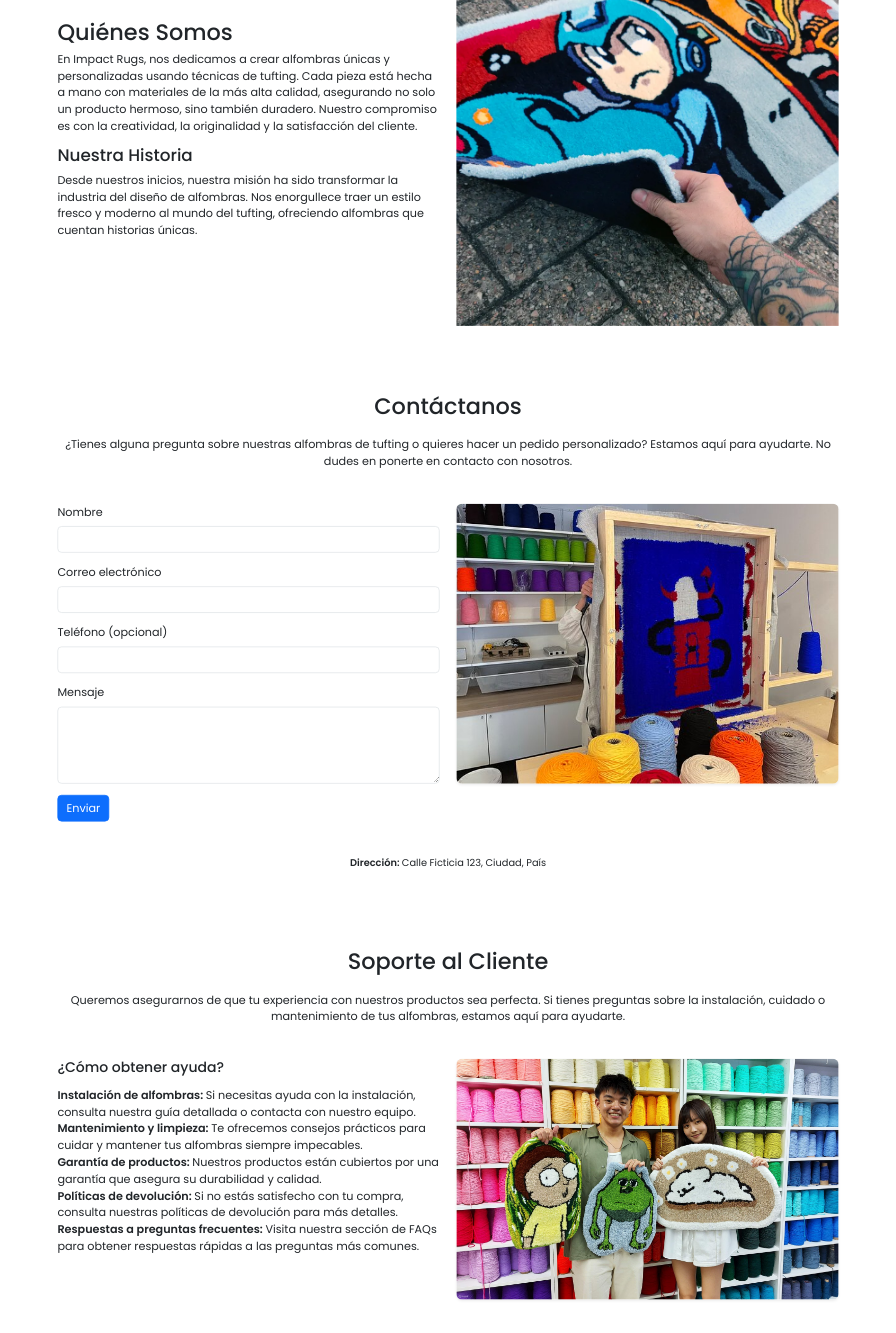
Repository: PituMia/Tufting-landing-page
Page: /
An editor plug-in stored every save of this project. The page is shown before and after the next save, followed by the edit.
The browser window is 1280 px wide. The pictures show the part of the page from y = 1252 to 3172 px (the page is 3156 px tall before and 3172 px after), at 70% of full size.
The project was rebuilt for these pictures with package versions that can differ from the ones it lists, and the page was loaded fresh each time. Also part of the build but not shown: vite.config.js.

Above is the page before, as saved 2025-02-12 18:45:25.

### index.html
<!doctype html>
<html lang="en">
  <head>
    <meta charset="UTF-8" />
    <link rel="icon" type="image/svg+xml" href="/vite.svg" />
    <link rel="stylesheet" href="https://cdn.jsdelivr.net/npm/bootstrap@5.3.0/dist/css/bootstrap.min.css">
    <link href="https://fonts.googleapis.com/css2?family=Poppins:wght@300;400;500;600&display=swap" rel="stylesheet">
    <meta name="viewport" content="width=device-width, initial-scale=1.0" />
    <title>Vite + React</title>
  </head>
  <body>
    <div id="root"></div>
    <script type="module" src="/src/main.jsx"></script>
  </body>
</html>

### src/main.jsx
import { StrictMode } from 'react'
import { createRoot } from 'react-dom/client'
import "bootstrap-icons/font/bootstrap-icons.css";
import './index.css'
import App from './App.jsx'


createRoot(document.getElementById('root')).render(
  <StrictMode>
    <App />
  </StrictMode>,
)

### src/index.css
body {
  font-family: 'Poppins', sans-serif;



}

### src/App.jsx
import React from "react";
import Navbar from "./components/Navbar";
import Hero from "./components/Hero";
import TuftingComponent from "./components/Nosotros";
import ContactSection from "./components/Contactanos";
import SupportSection from "./components/Support";



function App() {


  return (
        <div>
<Navbar/>
<Hero/>
<TuftingComponent/>
<ContactSection/>
<SupportSection/>
      </div>

  )
}

export default App

### src/components/Navbar.jsx
import React, { useState, useEffect } from "react";
import Logo from "../assets/logo.png";
import "../css/Navbar.css";

const NavbarLinks = [
    { id: 1, title: "Inicio", link: "/" },
    { id: 2, title: "Nosotros", link: "#" },
    { id: 3, title: "Contactos", link: "#" },
    { id: 4, title: "Soporte", link: "#" },
];

const SocialMedia = [
    { id: 1, title: "Instagram", link: "https://www.instagram.com", icon: "bi bi-instagram" },
    { id: 2, title: "Tiktok", link: "https://www.tiktok.com", icon: "bi bi-tiktok" },
    { id: 3, title: "Facebook", link: "https://www.facebook.com", icon: "bi bi-facebook" },
];

const Navbar = () => {
    const [isOpen, setIsOpen] = useState(false);

    const handleResize = () => {
        setIsOpen(false); // Cambia isOpen a false al cambiar el tamaño de la pantalla
    };

    useEffect(() => {

        window.addEventListener("resize", handleResize);


        return () => {
            window.removeEventListener("resize", handleResize);
        };
    }, []);

    const toggleMenu = () => {
        setIsOpen(!isOpen);
    };

    return (
        <nav className=" nav position-relative">
            {/* Navbar principal */}
            <div className={`d-flex justify-content-between align-items-center px-3 px-sm-4 fixed-top ${isOpen ? 'shadow-none' : 'shadow-lg'}`}
    style={{ zIndex: 1050, backgroundColor: "rgba(255, 255, 255, 0.02)", backdropFilter: "blur(10px)" }}>

                <div className="px-0 py-0" style={{ width: "100px" }}>
                    <img src={Logo} alt="Logo" style={{ width: "100px" }} className="img-fluid" />
                </div>
                <div>
                    <ul className="list-unstyled d-flex gap-2 gap-sm-4 gap-md-5 m-0 d-none d-sm-flex d-md-flex">
                        {NavbarLinks.map((link) => (
                            <li key={link.id}>
                                <a
                                    href={link.link}
                                    className="fs-6 fs-sm-5 fs-md-4 navbar-link"
                                    style={{
                                        textDecoration: "none",
                                        display: "inline-block",
                                        transition: "transform 0.3s ease-in-out",
                                    }}
                                    onMouseOver={(e) => e.currentTarget.style.transform = "scale(1.1)"}
                                    onMouseOut={(e) => e.currentTarget.style.transform = "scale(1)"}
                                >
                                    {link.title}
                                </a>
                            </li>
                        ))}
                    </ul>
                </div>

                {/* Botón para móviles */}
                <div className="d-sm-none d-flex justify-content-center align-items-center ms-auto">
                <button
    onClick={toggleMenu}
    style={{
        backgroundColor: "rgba(255, 255, 255, 0.02)",  // Transparencia en el fondo
        border: "2px solid rgba(0, 0, 0, 0.6)",  // Borde de color blanco con algo de transparencia
        backdropFilter: "blur(10px)",  // Efecto difuso
        padding: "10px",  // Ajusta el tamaño del botón
        borderRadius: "5px",  // Bordes redondeados
    }}
>
    {!isOpen ? <i className="bi bi-list"></i> : <i className="bi bi-x-lg"></i>}
</button>
                </div>

                <div>
                    <ul className="list-unstyled gap-4 d-none d-sm-flex d-md-flex mb-0">
                        {SocialMedia.map((link) => (
                            <li key={link.id}>
                                <a
                                    href={link.link}
                                    target="_blank"
                                    rel="noopener noreferrer"
                                    style={{
                                        display: "inline-block",
                                        transition: "transform 0.3s ease-in-out",
                                    }}
                                    onMouseOver={(e) => e.currentTarget.style.transform = "scale(1.1)"}
                                    onMouseOut={(e) => e.currentTarget.style.transform = "scale(1)"}
                                >
                                    <i className={`${link.icon}`}></i>
                                </a>
                            </li>
                        ))}
                    </ul>
                </div>
            </div>

            {/* Menú desplegable debajo del navbar */}
            <div
    className={`d-sm-none position-fixed w-100 p-3 ${isOpen ? "d-flex" : "d-none"} flex-column align-items-center gap-3`}
    style={{
        top: "80px",
        zIndex: 1040,
        backgroundColor: "rgba(255, 255, 255, 0.02)",  // Transparencia
        backdropFilter: "blur(10px)",  // Efecto difuso
        boxShadow: isOpen ? "none" : "0px 4px 6px rgba(0, 0, 0, 0.1)", // Aplica la sombra solo cuando está cerrado
    }}
>

                {/* Lista de navegación en columna */}
                <ul className="list-unstyled d-grid gap-2 w-100 border-bottom border-dark justify-content-center mb-0">
                    {NavbarLinks.map((link) => (
                        <li key={link.id}>
                            <a
                                href={link.link}
                                className="fs-6 fs-sm-5 fs-md-4 navbar-link"
                                style={{
                                    textDecoration: "none",
                                    display: "inline-block",
                                    transition: "transform 0.3s ease-in-out",
                                }}
                                onMouseOver={(e) => (e.currentTarget.style.transform = "scale(1.1)")}
                                onMouseOut={(e) => (e.currentTarget.style.transform = "scale(1)")}
                            >
                                {link.title}
                            </a>
                        </li>
                    ))}
                </ul>

                {/* Lista de redes sociales en columna */}
                <ul className="list-unstyled d-flex gap-2 mb-0">
                    {SocialMedia.map((link) => (
                        <li key={link.id}>
                            <a
                                href={link.link}
                                target="_blank"
                                rel="noopener noreferrer"
                                style={{
                                    display: "inline-block",
                                    transition: "transform 0.3s ease-in-out",
                                }}
                                onMouseOver={(e) => (e.currentTarget.style.transform = "scale(1.1)")}
                                onMouseOut={(e) => (e.currentTarget.style.transform = "scale(1)")}
                            >
                                <i className={link.icon}></i>
                            </a>
                        </li>
                    ))}
                </ul>
            </div>
        </nav>
    );
};

export default Navbar;

### src/components/Hero.jsx
import React from "react";
import Foto from "../assets/hero3.jpg"

const Hero = () => {
    return (
        <div>
            <img
  src={Foto}
  alt="Hero image"
  className="img-fluid w-100 hero-img"
  style={{ height: "auto", minHeight: "70vh", objectFit: "cover" }}
/>
        </div>
    )
}

export default Hero

### src/components/Nosotros.jsx
import React from 'react';
import Photo from "../assets/proces.jpg"

const QuienesSomos = "En Impact Rugs, nos dedicamos a crear alfombras únicas y personalizadas usando técnicas de tufting. Cada pieza está hecha a mano con materiales de la más alta calidad, asegurando no solo un producto hermoso, sino también duradero. Nuestro compromiso es con la creatividad, la originalidad y la satisfacción del cliente."
const NuestraHistoria = "Desde nuestros inicios, nuestra misión ha sido transformar la industria del diseño de alfombras. Nos enorgullece traer un estilo fresco y moderno al mundo del tufting, ofreciendo alfombras que cuentan historias únicas."
const TuftingComponent = () => {
  return (
    <div className="container py-5">
      <div className="row align-items-center">
        <div className="col-md-6">
          <h2>Quiénes Somos</h2>
          <p>
            {QuienesSomos}
          </p>
          <h4>Nuestra Historia</h4>
          <p>
           {NuestraHistoria}
          </p>
        </div>
        <div className="col-md-6">
          <img src={Photo} alt="Proceso de Tufting" className="img-fluid" />
        </div>
      </div>
    </div>
  );
};

export default TuftingComponent;

### src/components/Contactanos.jsx
import React, { useState } from "react";
import Taller from "../assets/taller.jpg"

const ContactSection = () => {
    const [formData, setFormData] = useState({
        name: "",
        email: "",
        message: "",
        phone: "",
    });

    const handleInputChange = (e) => {
        const { name, value } = e.target;
        setFormData({
            ...formData,
            [name]: value,
        });
    };

    const handleSubmit = (e) => {
        e.preventDefault();
        // Aquí puedes añadir la lógica para manejar el envío del formulario
        console.log("Formulario enviado", formData);
    };

    return (
        <section className="contact-section py-5" id="contacto">
            <div className="container">
                <h2 className="text-center mb-4">Contáctanos</h2>
                <p className="text-center mb-5">
                    ¿Tienes alguna pregunta sobre nuestras alfombras de tufting o
                    quieres hacer un pedido personalizado? Estamos aquí para
                    ayudarte. No dudes en ponerte en contacto con nosotros.
                </p>

                <div className="row">
                    <div className="col-lg-6">
                        <form onSubmit={handleSubmit}>
                            <div className="mb-3">
                                <label htmlFor="name" className="form-label">
                                    Nombre
                                </label>
                                <input
                                    type="text"
                                    className="form-control"
                                    id="name"
                                    name="name"
                                    value={formData.name}
                                    onChange={handleInputChange}
                                    required
                                />
                            </div>
                            <div className="mb-3">
                                <label htmlFor="email" className="form-label">
                                    Correo electrónico
                                </label>
                                <input
                                    type="email"
                                    className="form-control"
                                    id="email"
                                    name="email"
                                    value={formData.email}
                                    onChange={handleInputChange}
                                    required
                                />
                            </div>
                            <div className="mb-3">
                                <label htmlFor="phone" className="form-label">
                                    Teléfono (opcional)
                                </label>
                                <input
                                    type="text"
                                    className="form-control"
                                    id="phone"
                                    name="phone"
                                    value={formData.phone}
                                    onChange={handleInputChange}
                                />
                            </div>
                            <div className="mb-3">
                                <label htmlFor="message" className="form-label">
                                    Mensaje
                                </label>
                                <textarea
                                    className="form-control"
                                    id="message"
                                    name="message"
                                    rows="4"
                                    value={formData.message}
                                    onChange={handleInputChange}
                                    required
                                />
                            </div>
                            <button type="submit" className="btn btn-primary">
                                Enviar
                            </button>
                        </form>
                    </div>

                    <div className="col-lg-6 d-flex justify-content-center">
                        <img
                            src={Taller}
                            alt="Tu taller de tufting"
                            className="img-fluid rounded-3 shadow-sm"
                            style={{ maxHeight: "400px", objectFit: "cover" }}
                        />
                    </div>
                </div>

                <div className="text-center mt-5">
                    <p className="small">
                        <strong>Dirección: </strong> Calle Ficticia 123, Ciudad, País
                    </p>
                </div>
            </div>
        </section>
    );
};

export default ContactSection;

### src/components/Support.jsx
import React from "react";
import Atencion from "../assets/atencion.jpg"

const SupportSection = () => {
    return (
        <section className="support-section py-5" id="soporte">
            <div className="container">
                <h2 className="text-center mb-4">Soporte al Cliente</h2>
                <p className="text-center mb-5">
                    Queremos asegurarnos de que tu experiencia con nuestros productos
                    sea perfecta. Si tienes preguntas sobre la instalación, cuidado o
                    mantenimiento de tus alfombras, estamos aquí para ayudarte.
                </p>

                <div className="row">
                    <div className="col-lg-6">
                        <h5 className="mb-3">¿Cómo obtener ayuda?</h5>
                        <ul className="list-unstyled">
                            <li>
                                <strong>Instalación de alfombras: </strong>
                                Si necesitas ayuda con la instalación, consulta nuestra
                                guía detallada o contacta con nuestro equipo.
                            </li>
                            <li>
                                <strong>Mantenimiento y limpieza: </strong>
                                Te ofrecemos consejos prácticos para cuidar y mantener
                                tus alfombras siempre impecables.
                            </li>
                            <li>
                                <strong>Garantía de productos: </strong>
                                Nuestros productos están cubiertos por una garantía
                                que asegura su durabilidad y calidad.
                            </li>
                            <li>
                                <strong>Políticas de devolución: </strong>
                                Si no estás satisfecho con tu compra, consulta nuestras
                                políticas de devolución para más detalles.
                            </li>
                            <li>
                                <strong>Respuestas a preguntas frecuentes: </strong>
                                Visita nuestra sección de FAQs para obtener respuestas
                                rápidas a las preguntas más comunes.
                            </li>
                        </ul>
                    </div>

                    <div className="col-lg-6 d-flex justify-content-center">
                        <img
                            src={Atencion}
                            alt="Soporte al cliente"
                            className="img-fluid rounded-3 shadow-sm"
                            style={{ maxHeight: "400px", objectFit: "cover" }}
                        />
                    </div>
                </div>
            </div>
        </section>
    );
};

export default SupportSection;

### src/css/Navbar.css

.navbar-link {
    color: black; /* Color de texto azul */
    transition: color 0.3s ease;
}

.navbar-link:hover {
    color: #0056b3; /* Color de texto cuando el enlace está en hover */
}

/* Cambiar el color de los iconos de las redes sociales */
.social-icon {
    color: #333; /* Color de los iconos */
    transition: color 0.3s ease;
}

.social-icon:hover {
    color: #007bff; /* Color de los iconos cuando se pasa el mouse */
}

After the next save:
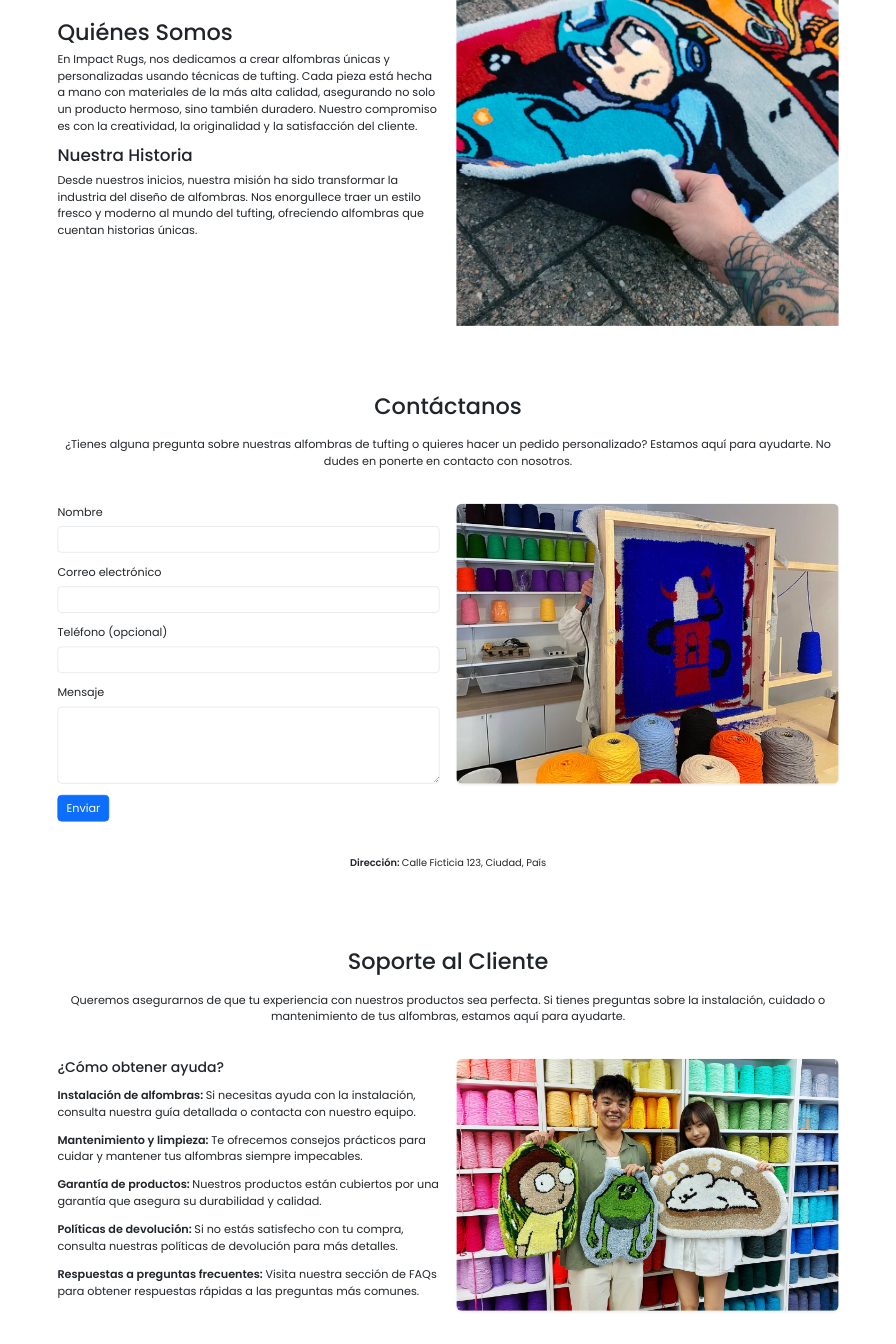
Saved 113 s later.
--- a/src/components/Support.jsx
+++ b/src/components/Support.jsx
@@ -16,27 +16,27 @@
                     <div className="col-lg-6">
                         <h5 className="mb-3">¿Cómo obtener ayuda?</h5>
                         <ul className="list-unstyled">
-                            <li>
+                            <li className="mb-3">
                                 <strong>Instalación de alfombras: </strong>
                                 Si necesitas ayuda con la instalación, consulta nuestra
                                 guía detallada o contacta con nuestro equipo.
                             </li>
-                            <li>
+                            <li className="mb-3">
                                 <strong>Mantenimiento y limpieza: </strong>
                                 Te ofrecemos consejos prácticos para cuidar y mantener
                                 tus alfombras siempre impecables.
                             </li>
-                            <li>
+                            <li className="mb-3">
                                 <strong>Garantía de productos: </strong>
                                 Nuestros productos están cubiertos por una garantía
                                 que asegura su durabilidad y calidad.
                             </li>
-                            <li>
+                            <li className="mb-3">
                                 <strong>Políticas de devolución: </strong>
                                 Si no estás satisfecho con tu compra, consulta nuestras
                                 políticas de devolución para más detalles.
                             </li>
-                            <li>
+                            <li className="mb-3">
                                 <strong>Respuestas a preguntas frecuentes: </strong>
                                 Visita nuestra sección de FAQs para obtener respuestas
                                 rápidas a las preguntas más comunes.
